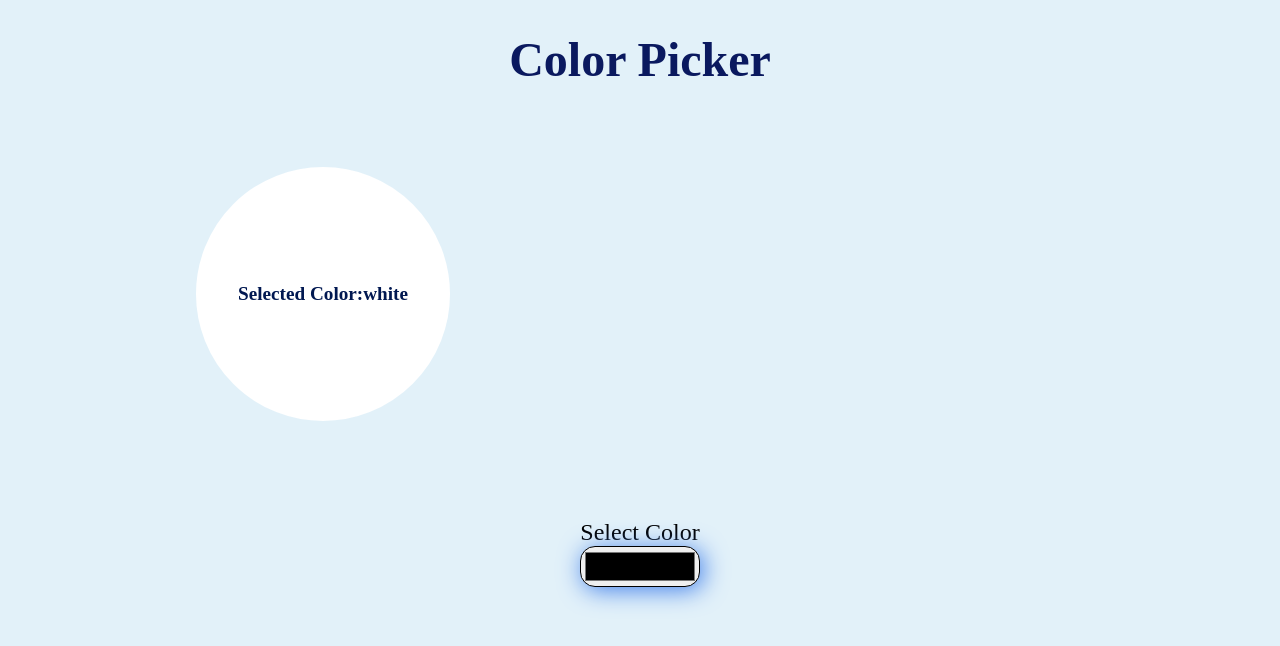
Repository: rkrukshan/Color-Picker--React-
Page: /
An editor plug-in stored every save of this project. The page is shown before and after the next save, followed by the edit.
The browser window is 1280 px wide. The pictures show the whole page.
The project was rebuilt for these pictures with package versions that can differ from the ones it lists, and the page was loaded fresh each time. Also part of the build but not shown: vite.config.js.

Above is the page before, as saved 2024-07-21 18:53:52.

After the next save:
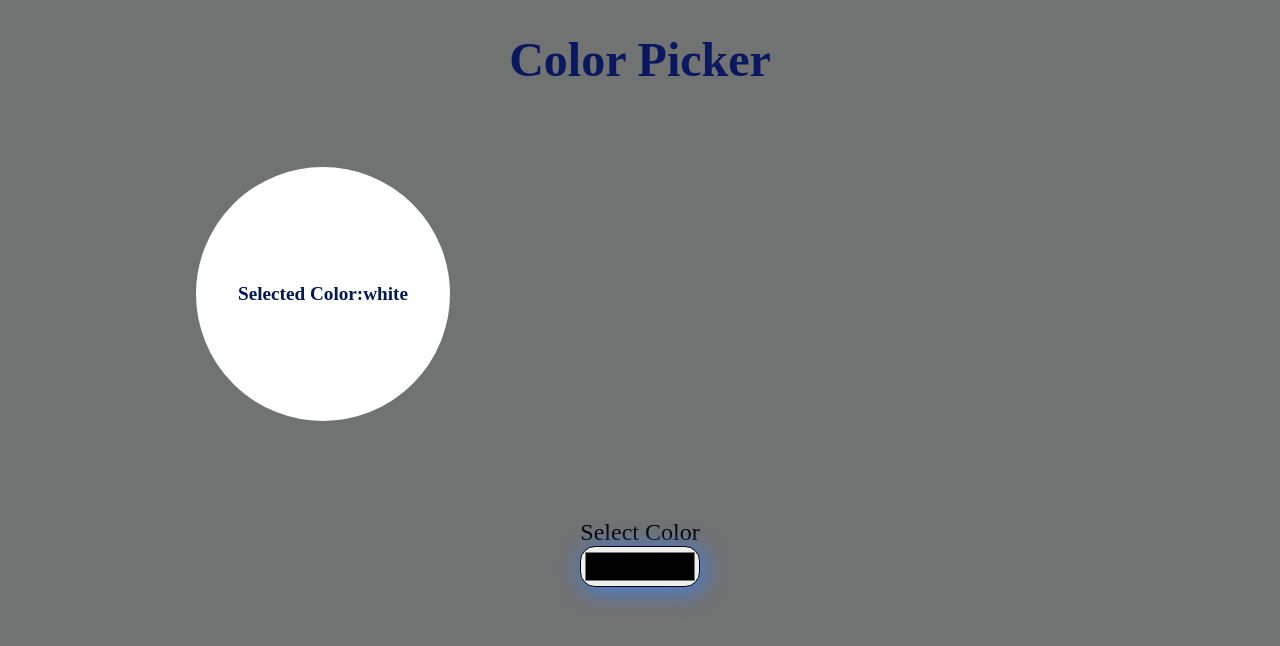
Saved 7 s later.
--- a/src/index.css
+++ b/src/index.css
@@ -1,5 +1,5 @@
 body{
-  background-color:rgb(226, 241, 249);
+  background-color:rgb(113, 114, 114);
 }
 .cp-container {
   text-align: center;
